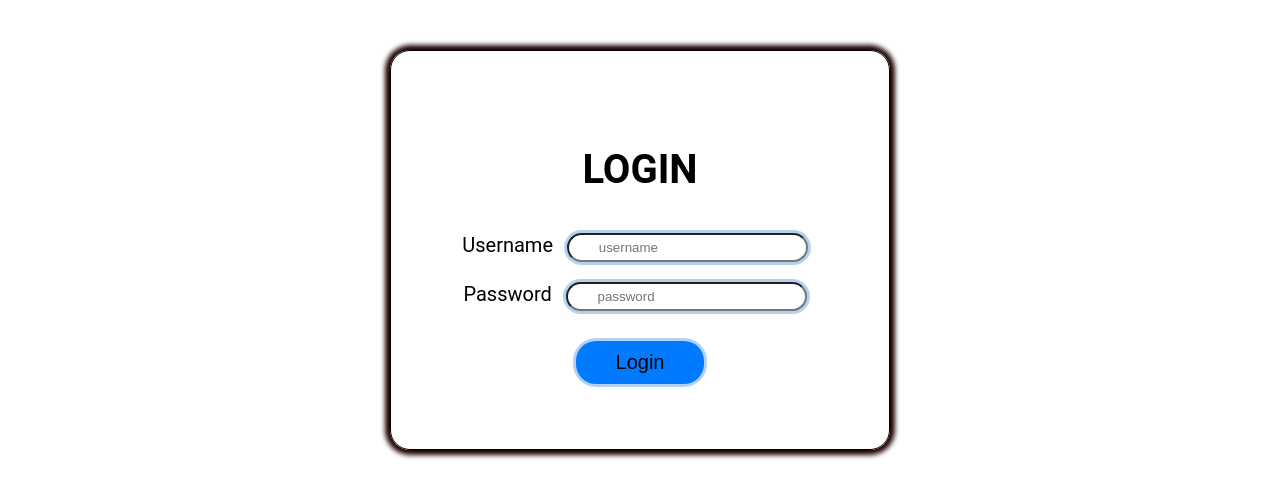
Repository: huyna1707/learning-git
Page: index.html
The author's editor kept a copy of each file at every save. The page is drawn from the files as they stood at one save, then again after a run of saves.
The browser window is 1280 px wide. The pictures show the whole page.
The pointer rests on the first visible `form button`.

Above is the page before, as saved 2024-08-09 23:33:50.

### index.html
<!DOCTYPE html>
<html>
<head>
    <title>Form Login</title>
    <link rel="stylesheet" href="style.css">
    <script defer src="main.js"></script>
</head>
<body>
    <form action="menu">
        <h4>LOGIN</h4>
        <div class="user">
            <label for="username">Username</label>
            <input type="text" placeholder="username" id="username">
        </div>
        <div class="pass">
            <label for="passworld">Password</label>
            <input type="password" placeholder="password" id="password">
        </div>
        <button type="button" onclick="login()">Login</button>
    </form>
</body>
</html>

### style.css
*{
    margin: 0;
    padding: 0;
    box-sizing: border-box;
}

html{
    font-size: 15px;
    font-family: 'Roboto', sans-serif;
    display: flex;
    justify-content: center;
    align-items: center;
}

form{
    width: 500px;
    height: 400px;
    display: flex;
    flex-direction: column;
    justify-content: center;
    align-items: center;
    margin: 50px 0;
    border: 1px solid black;
    border-radius: 20px;
    box-shadow: rgb(30, 0, 0) 0 0 5px 5px;
}

form h4{
    font-size: 40px;
    font-weight: 600;
    margin: 30px;;
}
form label{
    font-size : 20px;
}
form input{
    border-radius: 20px;
    padding: 5px 30px;
    box-shadow: rgba(3, 102, 214, 0.3) 0px 0px 0px 3px;
    margin : 10px;
}

form button{
    border: none;
    border-radius: 20px;
    font-size: 20px;
    padding: 10px 30px;
    background-color: #007bff;
    color: white;
    box-shadow: rgba(3, 102, 214, 0.3) 0px 0px 0px 3px;
    margin-top : 20px;
}

form button:hover{
    color: black;
    padding: 10px 40px;
    transition: 0.3s ease;
}

### main.js
// window.prompt('What is your name?');

After the next 2 saves:
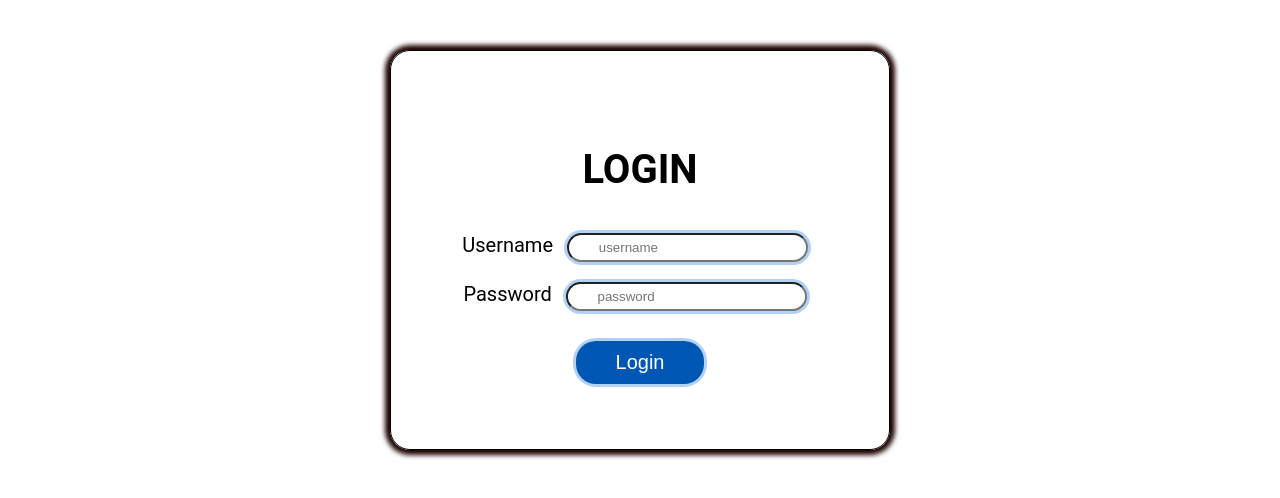
The 2 saves are shown as one change because they came seconds apart.
The last was saved 11 s later.
--- a/style.css
+++ b/style.css
@@ -52,7 +52,8 @@ form button{
 }
 
 form button:hover{
-    color: black;
+    background-color: #0056b3;
+
     padding: 10px 40px;
     transition: 0.3s ease;
 }
